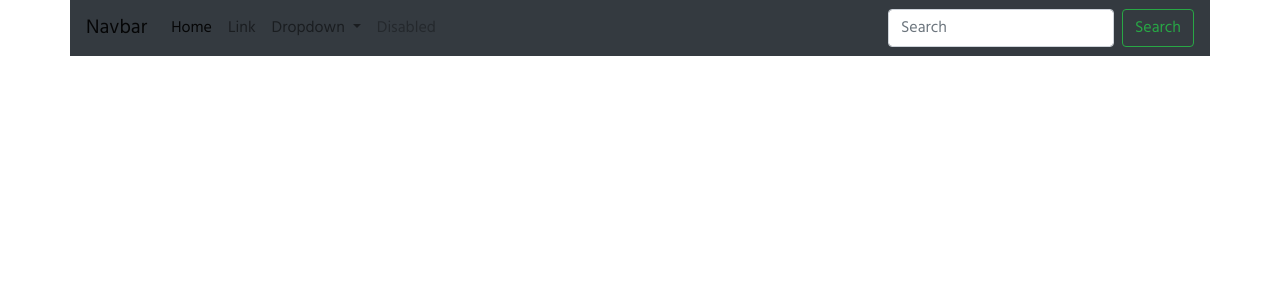
Repository: thanhfrankie/portfolio
Page: index.html
The author's editor kept a copy of each file at every save. The page is drawn from the files as they stood at one save, then again after the next save.
The browser window is 1280 px wide. The pictures show the whole page.

Above is the page before, as saved 2023-11-28 09:26:57.

After the next save:
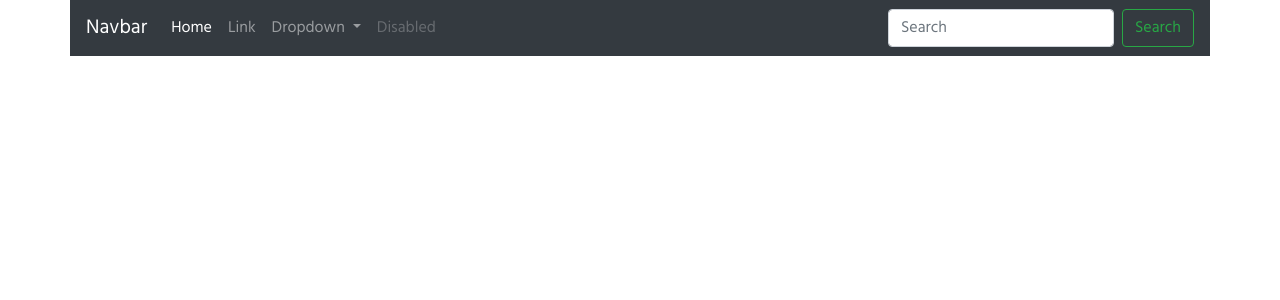
Saved 45 s later.
--- a/index.html
+++ b/index.html
@@ -21,7 +21,7 @@
   </head>
   <body>
 <header>
-    <nav class="container navbar navbar-expand-lg navbar-light bg-dark">
+    <nav class="container navbar navbar-expand-lg navbar-dark bg-dark">
         <a class="navbar-brand" href="#">Navbar</a>
         <button class="navbar-toggler" type="button" data-toggle="collapse" data-target="#navbarSupportedContent" aria-controls="navbarSupportedContent" aria-expanded="false" aria-label="Toggle navigation">
           <span class="navbar-toggler-icon"></span>
